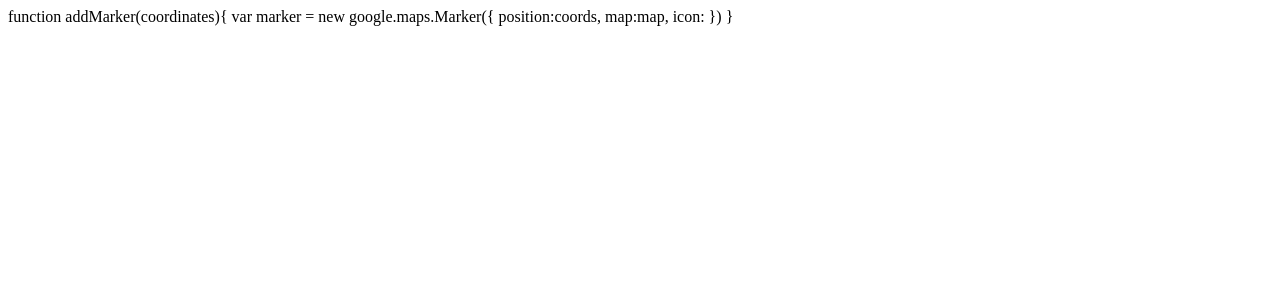
Repository: MaydayBR/creating-an-Event
Page: home.html
An editor plug-in stored every save of this project. The page is shown before and after a run of saves, followed by the edit.
The browser window is 1280 px wide. The pictures show the whole page.

Above is the page before, as saved 2024-10-01 23:35:12.

### home.html






function addMarker(coordinates){
    var marker = new google.maps.Marker({
        position:coords,
        map:map,
        icon:
    })
}

After the next 2 saves:
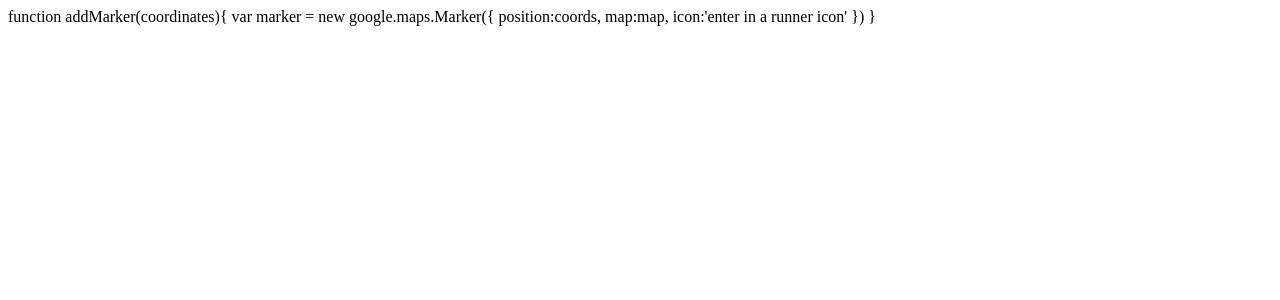
The 2 saves are shown as one change because they came seconds apart.
The last was saved 9 s later.
--- a/home.html
+++ b/home.html
@@ -8,6 +8,6 @@
     var marker = new google.maps.Marker({
         position:coords,
         map:map,
-        icon:
+        icon:'enter in a runner icon'
     })
 }
